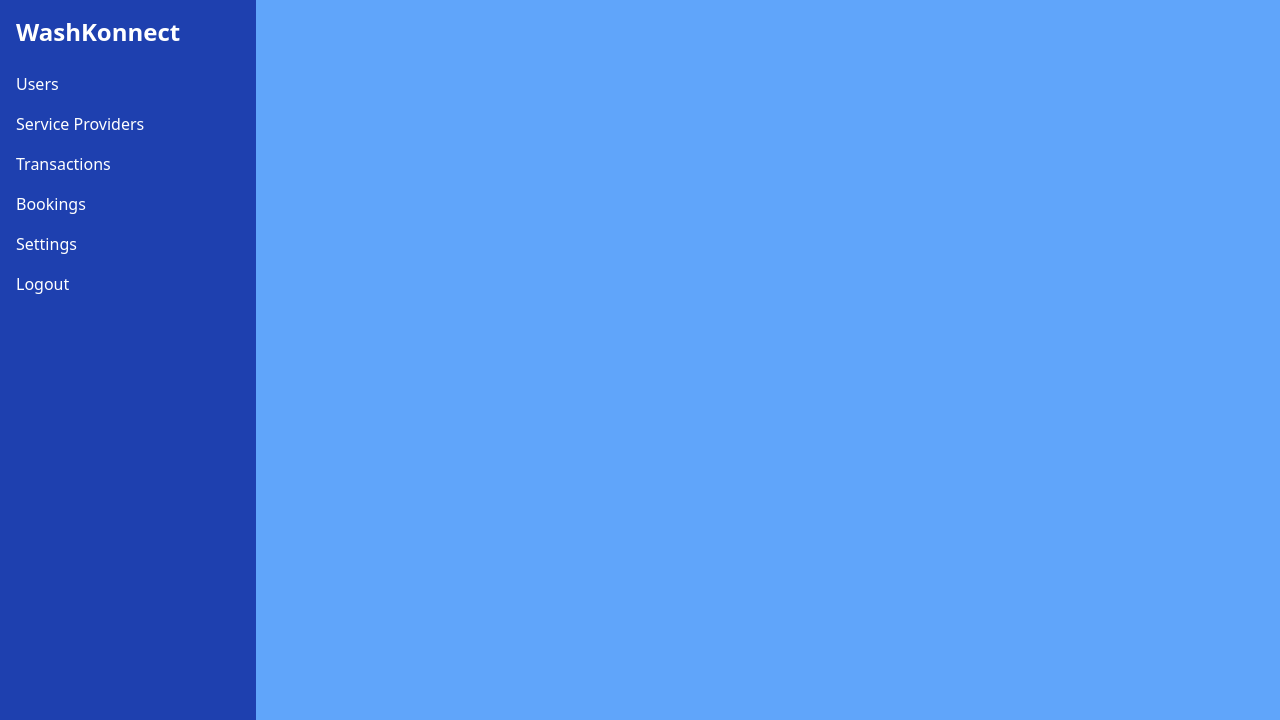
Repository: TEKVOLUTION-LTD/Admin-washKonnect
Page: /dashboard (app in Admin-WashKonnect/)
An editor plug-in stored every save of this project. The page is shown before and after the next save, followed by the edit.
The browser window is 1280 px wide. The pictures show the whole page.
The project was rebuilt for these pictures with package versions that can differ from the ones it lists, and the page was loaded fresh each time. Also part of the build but not shown: Admin-WashKonnect/vite.config.js, Admin-WashKonnect/src/api/api.js, Admin-WashKonnect/src/pages/LoginPage.jsx, Admin-WashKonnect/src/components/Pagination.jsx, Admin-WashKonnect/src/components/UsersPage.jsx, Admin-WashKonnect/src/pages/ServiceProviderPage.jsx, Admin-WashKonnect/src/pages/TransactionsPage.jsx, Admin-WashKonnect/src/pages/BookingsPage.jsx and 2 more.

Above is the page before, as saved 2024-11-19 16:40:55.

After the next save:
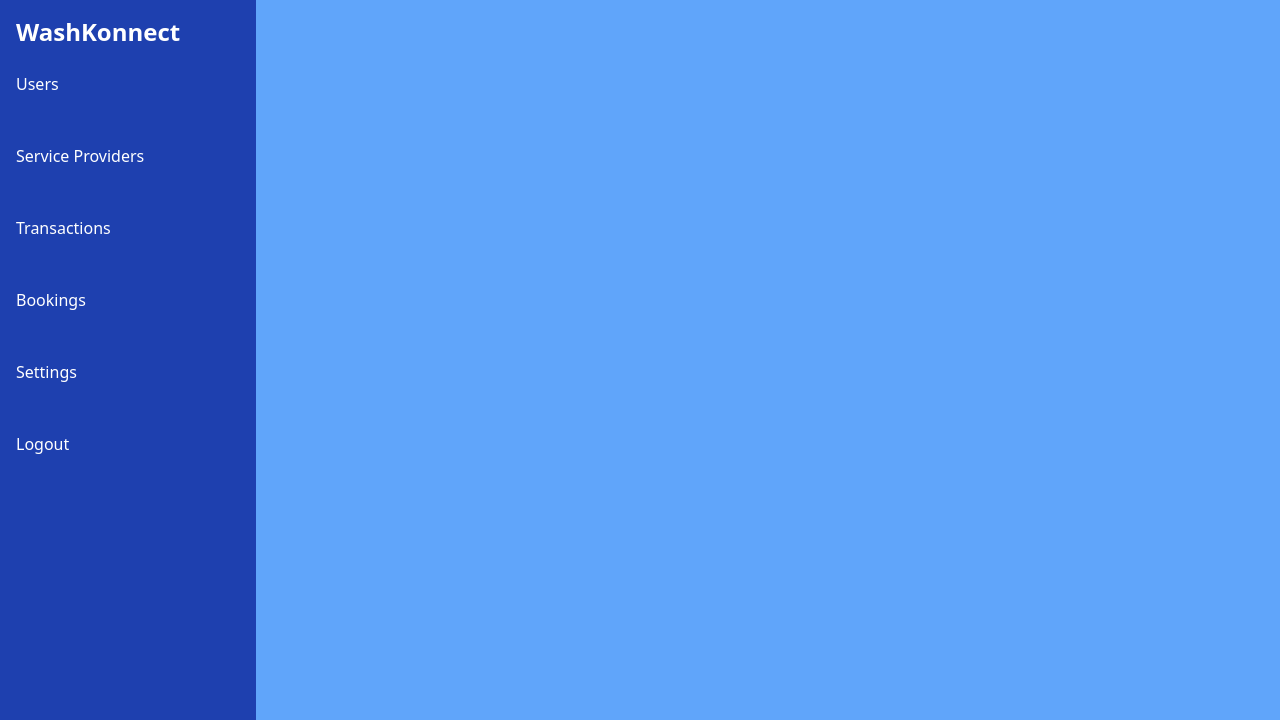
Saved 4 min 37 s later.
--- a/Admin-WashKonnect/src/components/Sidebar.jsx
+++ b/Admin-WashKonnect/src/components/Sidebar.jsx
@@ -4,7 +4,7 @@ const Sidebar = () => {
   return (
     <div className="w-64 bg-blue-800 text-white h-full flex flex-col">
       <div className="p-4 text-2xl font-bold">WashKonnect</div>
-      <nav className="flex-1 ">
+      <nav className="flex-1 space-y-8">
         {[
           { name: "Users", path: "users" },
           { name: "Service Providers", path: "service-providers" },
